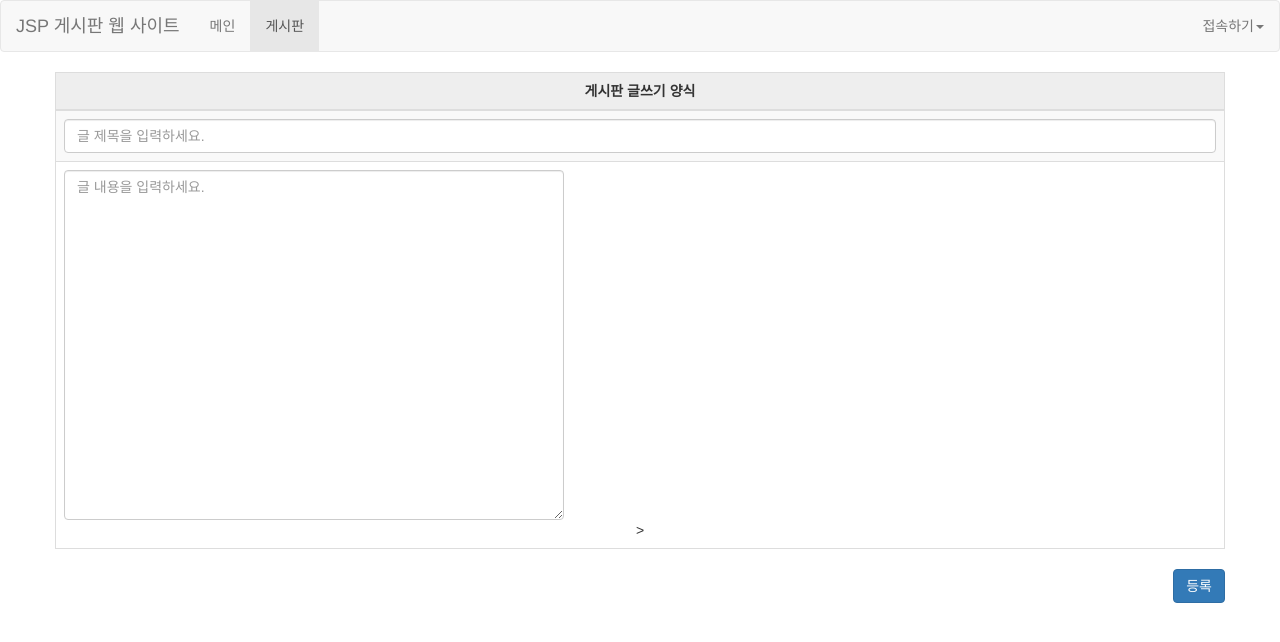
Repository: flown222/JSP_BasicWebsite_Project
Page: http://localhost/BBS/write.jsp
These files come from the project's save history. The page is drawn as it stood at one moment and after the next save; the edit follows.
The browser window is 1280 px wide. The pictures show the whole page.
The page is served by Tomcat 9.

Above is the page before, as saved 2022-08-21 07:31:31.

After the next save:
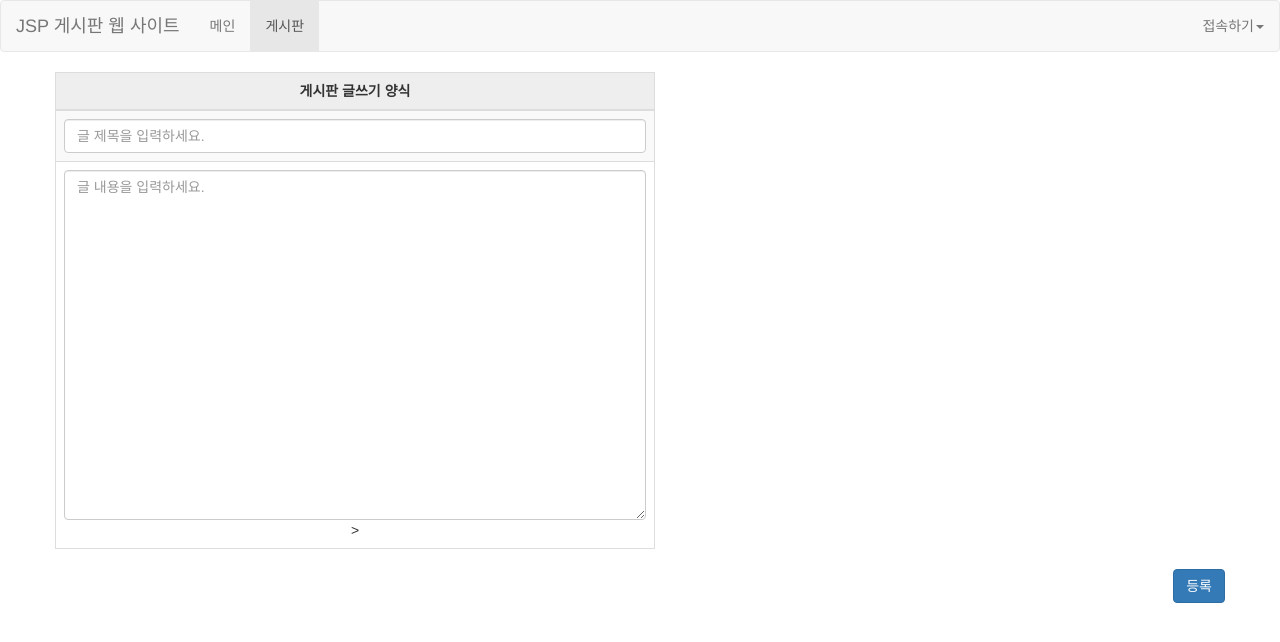
Saved 86 s later.
--- a/projects /BBS/src/main/webapp/write.jsp
+++ b/projects /BBS/src/main/webapp/write.jsp
@@ -71,7 +71,7 @@
 	<div class="container">
 		<div class="row">
 			<form method="post" action= "writeAction.jsp">
-				<table class="table table-striped" style="text-align : center; border: 1px solid #dddddd">
+				<table class="table table-striped" style="text-align : center; border: 1px solid #dddddd; width:600px;">
 					<thead>
 						<tr>
 							<th colspan="2" style="background-color: #eeeeee; text-align: center;">게시판 글쓰기 양식</th>
@@ -84,7 +84,7 @@
 						</tr>
 						<tr>
 							<td><textarea class="form-control" placeholder="글 내용을 입력하세요."
-							name="bbsContent" maxlength="2048" style= "height: 350px; width:500px; "></textarea>></td>
+							name="bbsContent" maxlength="2048" style= "height: 350px; "></textarea>></td>
 						</tr>
 					</tbody>
 				</table>
